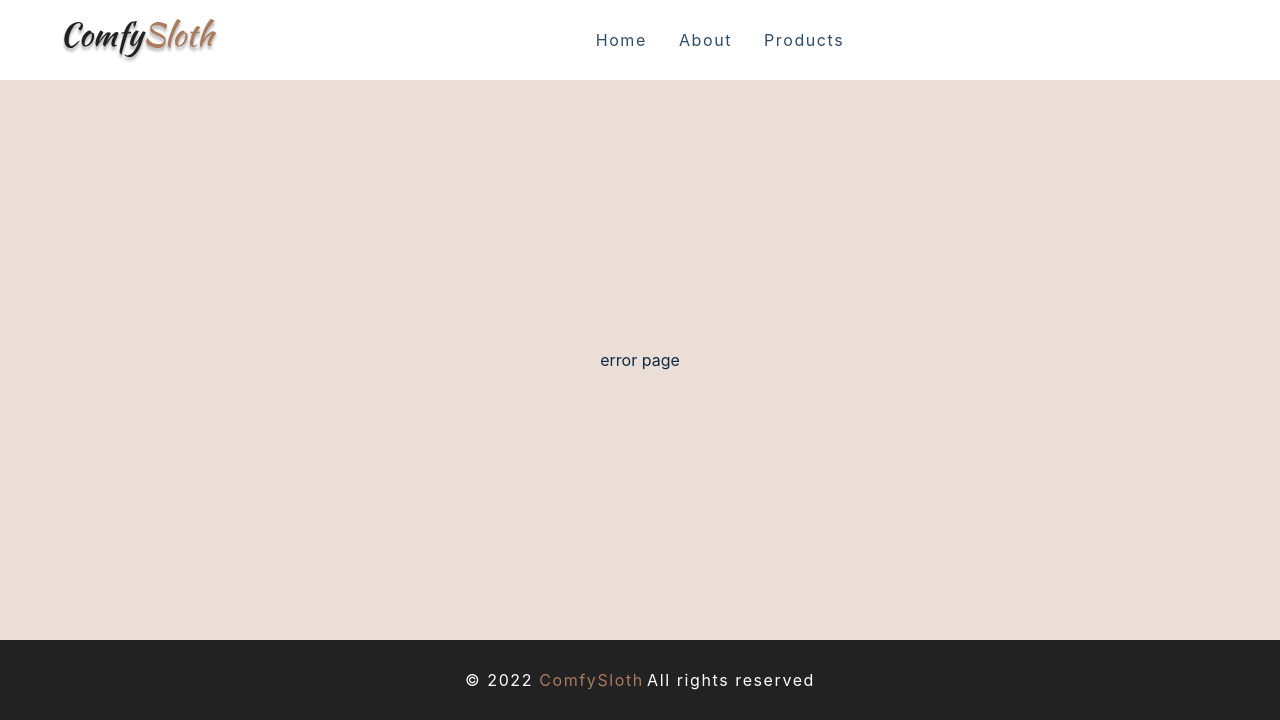
Repository: MateuszWorek/react-comfy-store
Page: /cart
The author's editor kept a copy of each file at every save. The page is drawn from the files as they stood at one save, then again after the next save.
The browser window is 1280 px wide. The pictures show the whole page.
The project was rebuilt for these pictures with package versions that can differ from the ones it lists, and the page was loaded fresh each time. A package was used in the major version that the imports need, not the one package.json lists. Also part of the build but not shown: src/utils/constants.js, src/components/Error.js, src/components/Loading.js, src/utils/helpers.js, src/components/Product.js, src/components/FeaturedProducts.js, src/reducers/cart_reducer.js, src/context/cart_context.js and 27 more. Imported but missing from the stored project, and not drawn on this page: src/components/AmountButtons.

Above is the page before, as saved 2022-07-12 21:34:20.

### src/index.js
import React from 'react';
import ReactDOM from 'react-dom';
import './index.css';
import App from './App';
import { ProductsProvider } from './context/products_context';
import { FilterProvider } from './context/filter_context';
import { CartProvider } from './context/cart_context';
import { UserProvider } from './context/user_context';
import { Auth0Provider } from '@auth0/auth0-react';

ReactDOM.render(
  <ProductsProvider>
    <App />
  </ProductsProvider>,
  document.getElementById('root')
);

### src/App.js
import React from 'react';
import { BrowserRouter as Router, Switch, Route } from 'react-router-dom';
import { Navbar, Sidebar, Footer } from './components';
import {
  Home,
  SingleProduct,
  Cart,
  Checkout,
  Error,
  About,
  Products,
  PrivateRoute,
} from './pages';

function App() {
  return (
    <Router>
      <Navbar />
      <Sidebar />
      <Switch>
        <Route exact path='/'>
          <Home />
        </Route>
        <Route exact path='/about'>
          <About />
        </Route>
        <Route exact path='cart'>
          <Cart />
        </Route>
        <Route exact path='/products'>
          <Products />
        </Route>
        <Route exact path='/products/:id' children={<SingleProduct />} />
        <Route exact path='/checkout'>
          <Checkout />
        </Route>
        <Route exact path='*'>
          <Error />
        </Route>
      </Switch>
      <Footer />
    </Router>
  );
}

export default App;

### src/context/products_context.js
import axios from 'axios';
import React, { useContext, useEffect, useReducer } from 'react';
import reducer from '../reducers/products_reducer';
import { products_url as url } from '../utils/constants';
import {
  SIDEBAR_OPEN,
  SIDEBAR_CLOSE,
  GET_PRODUCTS_BEGIN,
  GET_PRODUCTS_SUCCESS,
  GET_PRODUCTS_ERROR,
  GET_SINGLE_PRODUCT_BEGIN,
  GET_SINGLE_PRODUCT_SUCCESS,
  GET_SINGLE_PRODUCT_ERROR,
} from '../actions';

const initialState = {
  isSidebarOpen: false,
};

const ProductsContext = React.createContext();

export const ProductsProvider = ({ children }) => {
  const [state, dispatch] = useReducer(reducer, initialState);
  const openSidebar = () => {
    // dispatch({ type: 'SIDEBAR_OPEN' });
    dispatch({ type: SIDEBAR_OPEN });
  };
  const closeSidebar = () => {
    // dispatch({ type: 'SIDEBAR_CLOSE' });
    dispatch({ type: SIDEBAR_CLOSE });
  };

  // useEffect(() => {
  //   openSidebar();
  // }, []);

  return (
    // <ProductsContext.Provider value='products context'>
    //   {children}
    // </ProductsContext.Provider>
    <ProductsContext.Provider value={{ ...state, openSidebar, closeSidebar }}>
      {children}
    </ProductsContext.Provider>
  );
};
// make sure use
export const useProductsContext = () => {
  return useContext(ProductsContext);
};

### src/components/index.js
import FeaturedProducts from './FeaturedProducts'
import Navbar from './Navbar'
import CartButtons from './CartButtons'
import Footer from './Footer'
import Sidebar from './Sidebar'
import Hero from './Hero'
import Services from './Services'
import Contact from './Contact'
import Loading from './Loading'
import Error from './Error'
import ProductImages from './ProductImages'
import AddToCart from './AddToCart'
import Filters from './Filters'
import ProductList from './ProductList'
import Sort from './Sort'
import Stars from './Stars'
import CartContent from './CarContent'
import PageHero from './PageHero'
import StripeCheckout from './StripeCheckout'
export {
  FeaturedProducts,
  Navbar,
  CartButtons,
  Footer,
  Sidebar,
  Hero,
  Services,
  Contact,
  Loading,
  Error,
  ProductImages,
  AddToCart,
  Filters,
  ProductList,
  Sort,
  Stars,
  CartContent,
  PageHero,
  StripeCheckout,
}

### src/pages/index.js
import Home from './HomePage';
import Products from './ProductsPage';
import SingleProduct from './SingleProductPage';
import About from './AboutPage';
import Cart from './CartPage';
import Error from './ErrorPage';
import Checkout from './CheckoutPage';
import PrivateRoute from './PrivateRoute';

export {
  Home,
  Products,
  SingleProduct,
  About,
  Cart,
  Error,
  Checkout,
  PrivateRoute,
};

### src/reducers/products_reducer.js
import {
  SIDEBAR_OPEN,
  SIDEBAR_CLOSE,
  GET_PRODUCTS_BEGIN,
  GET_PRODUCTS_SUCCESS,
  GET_PRODUCTS_ERROR,
  GET_SINGLE_PRODUCT_BEGIN,
  GET_SINGLE_PRODUCT_SUCCESS,
  GET_SINGLE_PRODUCT_ERROR,
} from '../actions';

const products_reducer = (state, action) => {
  if (action.type === SIDEBAR_OPEN) {
    // console.log(state);
    return { ...state, isSidebarOpen: true };
  }
  if (action.type === SIDEBAR_CLOSE) {
    // console.log(state);
    return { ...state, isSidebarOpen: false };
  }
  return state;
  throw new Error(`No Matching "${action.type}" - action type`);
};

export default products_reducer;

### src/actions.js
export const SIDEBAR_OPEN = 'SIDEBAR_OPEN'
export const SIDEBAR_CLOSE = 'SIDEBAR_CLOSE'
export const GET_PRODUCTS_BEGIN = 'GET_PRODUCTS_BEGIN'
export const GET_PRODUCTS_SUCCESS = 'GET_PRODUCTS_SUCCESS'
export const GET_PRODUCTS_ERROR = 'GET_PRODUCTS_ERROR'
export const GET_SINGLE_PRODUCT_BEGIN = 'GET_SINGLE_PRODUCT_BEGIN'
export const GET_SINGLE_PRODUCT_SUCCESS = 'GET_SINGLE_PRODUCT_SUCCESS'
export const GET_SINGLE_PRODUCT_ERROR = 'GET_SINGLE_PRODUCT_ERROR'
export const LOAD_PRODUCTS = 'LOAD_PRODUCTS'
export const SET_GRIDVIEW = 'SET_GRIDVIEW'
export const SET_LISTVIEW = 'SET_LISTVIEW'
export const UPDATE_SORT = 'UPDATE_SORT'
export const SORT_PRODUCTS = 'SORT_PRODUCTS'
export const UPDATE_FILTERS = 'UPDATE_FILTERS'
export const FILTER_PRODUCTS = 'FILTER_PRODUCTS'
export const CLEAR_FILTERS = 'CLEAR_FILTERS'
export const ADD_TO_CART = 'ADD_TO_CART'
export const REMOVE_CART_ITEM = 'REMOVE_CART_ITEM'
export const TOGGLE_CART_ITEM_AMOUNT = 'TOGGLE_CART_ITEM_AMOUNT'
export const CLEAR_CART = 'CLEAR_CART'
export const COUNT_CART_TOTALS = 'COUNT_CART_TOTALS'

### src/components/Navbar.js
import React from 'react';
import styled from 'styled-components';
import logo from '../assets/logo.svg';
import { FaBars } from 'react-icons/fa';
import { Link } from 'react-router-dom';
import { links } from '../utils/constants';
import CartButtons from './CartButtons';
import { useProductsContext } from '../context/products_context';
import { useUserContext } from '../context/user_context';

const Nav = () => {
  const { openSidebar } = useProductsContext();
  return (
    <NavContainer>
      <div className='nav-center'>
        <div className='nav-header'>
          <Link to='/'>
            <img src={logo} alt='comfy sloth' />
          </Link>
          <button type='buttton' className='nav-toggle' onClick={openSidebar}>
            <FaBars />
          </button>
        </div>
        <ul className='nav-links'>
          {links.map((link) => {
            const { id, text, url } = link;
            return (
              <li key={id}>
                <Link to={url}>{text}</Link>
              </li>
            );
          })}
        </ul>
      </div>
    </NavContainer>
  );
};

const NavContainer = styled.nav`
  height: 5rem;
  display: flex;
  align-items: center;
  justify-content: center;

  .nav-center {
    width: 90vw;
    margin: 0 auto;
    max-width: var(--max-width);
  }
  .nav-header {
    display: flex;
    align-items: center;
    justify-content: space-between;
    img {
      width: 175px;
      margin-left: -15px;
    }
  }
  .nav-toggle {
    background: transparent;
    border: transparent;
    color: var(--clr-primary-5);
    cursor: pointer;
    svg {
      font-size: 2rem;
    }
  }
  .nav-links {
    display: none;
  }
  .cart-btn-wrapper {
    display: none;
  }
  @media (min-width: 992px) {
    .nav-toggle {
      display: none;
    }
    .nav-center {
      display: grid;
      grid-template-columns: auto 1fr auto;
      align-items: center;
    }
    .nav-links {
      display: flex;
      justify-content: center;
      li {
        margin: 0 0.5rem;
      }
      a {
        color: var(--clr-grey-3);
        font-size: 1rem;
        text-transform: capitalize;
        letter-spacing: var(--spacing);
        padding: 0.5rem;
        &:hover {
          border-bottom: 2px solid var(--clr-primary-7);
        }
      }
    }
    .cart-btn-wrapper {
      display: grid;
    }
  }
`;

export default Nav;

### src/components/CartButtons.js
import React from 'react';
import { FaShoppingCart, FaUserMinus, FaUserPlus } from 'react-icons/fa';
import { Link } from 'react-router-dom';
import styled from 'styled-components';
import { useProductsContext } from '../context/products_context';
import { useCartContext } from '../context/cart_context';
import { useUserContext } from '../context/user_context';

const CartButtons = () => {
  const { closeSidebar } = useProductsContext();

  return (
    <Wrapper className='cart-btn-wrapper'>
      <Link to='/cart' className='cart-btn' onClick={closeSidebar}>
        Cart{' '}
        <span className='cart-container'>
          <FaShoppingCart />
          <span className='cart-value'>12</span>
        </span>
      </Link>
      <button type='button' className='auth-btn'>
        Login <FaUserPlus />
      </button>
    </Wrapper>
  );
};

const Wrapper = styled.div`
  display: grid;
  grid-template-columns: 1fr 1fr;
  align-items: center;
  width: 225px;

  .cart-btn {
    color: var(--clr-grey-1);
    font-size: 1.5rem;
    letter-spacing: var(--spacing);
    color: var(--clr-grey-1);
    display: flex;

    align-items: center;
  }
  .cart-container {
    display: flex;
    align-items: center;
    position: relative;
    svg {
      height: 1.6rem;
      margin-left: 5px;
    }
  }
  .cart-value {
    position: absolute;
    top: -10px;
    right: -16px;
    background: var(--clr-primary-5);
    width: 16px;
    height: 16px;
    display: flex;
    align-items: center;
    justify-content: center;
    border-radius: 50%;
    font-size: 0.75rem;
    color: var(--clr-white);
    padding: 12px;
  }
  .auth-btn {
    display: flex;
    align-items: center;
    background: transparent;
    border-color: transparent;
    font-size: 1.5rem;
    cursor: pointer;
    color: var(--clr-grey-1);
    letter-spacing: var(--spacing);
    svg {
      margin-left: 5px;
    }
  }
`;
export default CartButtons;

### src/components/Footer.js
import React from 'react';
import styled from 'styled-components';
const Footer = () => {
  return (
    <Wrapper>
      <h5>
        &copy; {new Date().getFullYear()}
        <span> ComfySloth</span>
      </h5>
      <h5>All rights reserved</h5>
    </Wrapper>
  );
};

const Wrapper = styled.footer`
  height: 5rem;
  display: flex;
  flex-direction: column;
  justify-content: center;
  align-items: center;
  background: var(--clr-black);
  text-align: center;
  span {
    color: var(--clr-primary-5);
  }
  h5 {
    color: var(--clr-white);
    margin: 0.1rem;

    font-weight: 400;
    text-transform: none;
    line-height: 1.25;
  }
  @media (min-width: 776px) {
    flex-direction: row;
  }
`;

export default Footer;

### src/components/Sidebar.js
import React from 'react';
import logo from '../assets/logo.svg';
import { Link } from 'react-router-dom';
import { useProductsContext } from '../context/products_context';
import { FaTimes } from 'react-icons/fa';
import { links } from '../utils/constants';
import styled from 'styled-components';
import CartButtons from './CartButtons';
import { useUserContext } from '../context/user_context';

const Sidebar = () => {
  const { isSidebarOpen, closeSidebar } = useProductsContext();

  return (
    <SidebarContainer>
      <aside
        className={`${isSidebarOpen ? 'sidebar show-sidebar' : 'sidebar'}`}
      >
        <div className='sidebar-header'>
          <img src={logo} className='logo' alt='comfy sloth' />
          <button type='button' className='close-btn' onClick={closeSidebar}>
            <FaTimes />
          </button>
        </div>
        <ul className='links'>
          {links.map(({ id, text, url }) => {
            return (
              <li key={id}>
                <Link to={url} onClick={closeSidebar}>
                  {text}
                </Link>
              </li>
            );
          })}
          <li>
            <Link to='checkout' onClick={closeSidebar}>
              checkout
            </Link>
          </li>
        </ul>
        <CartButtons />
      </aside>
    </SidebarContainer>
  );
};

const SidebarContainer = styled.div`
  text-align: center;
  .sidebar-header {
    display: flex;
    justify-content: space-between;
    align-items: center;
    padding: 1rem 1.5rem;
  }
  .close-btn {
    font-size: 2rem;
    background: transparent;
    border-color: transparent;
    color: var(--clr-primary-5);
    transition: var(--transition);
    cursor: pointer;
    color: var(--clr-red-dark);
    margin-top: 0.2rem;
  }
  .close-btn:hover {
    color: var(--clr-red-light);
  }
  .logo {
    justify-self: center;
    height: 45px;
  }
  .links {
    margin-bottom: 2rem;
  }
  .links a {
    display: block;
    text-align: left;
    font-size: 1rem;
    text-transform: capitalize;
    padding: 1rem 1.5rem;
    color: var(--clr-grey-3);
    transition: var(--transition);
    letter-spacing: var(--spacing);
  }

  .links a:hover {
    padding: 1rem 1.5rem;
    padding-left: 2rem;
    background: var(--clr-grey-10);
    color: var(--clr-grey-2);
  }

  .sidebar {
    position: fixed;
    top: 0;
    left: 0;
    width: 100%;
    height: 100%;
    background: var(--clr-white);
    transition: var(--transition);
    transform: translate(-100%);
    z-index: -1;
  }
  .show-sidebar {
    transform: translate(0);
    z-index: 999;
  }
  .cart-btn-wrapper {
    margin: 2rem auto;
  }
  @media screen and (min-width: 992px) {
    .sidebar {
      display: none;
    }
  }
`;

export default Sidebar;

### src/pages/ErrorPage.js
import React from 'react';
import styled from 'styled-components';
import { Link } from 'react-router-dom';
const ErrorPage = () => {
  return <Wrapper className='page-100'>error page</Wrapper>;
};

const Wrapper = styled.main`
  background: var(--clr-primary-10);
  display: flex;
  justify-content: center;
  align-items: center;
  text-align: center;
  h1 {
    font-size: 10rem;
  }
  h3 {
    text-transform: none;
    margin-bottom: 2rem;
  }
`;

export default ErrorPage;

Loaded but not shown: public/index.html (common file); src/index.css (common file)

After the next save:
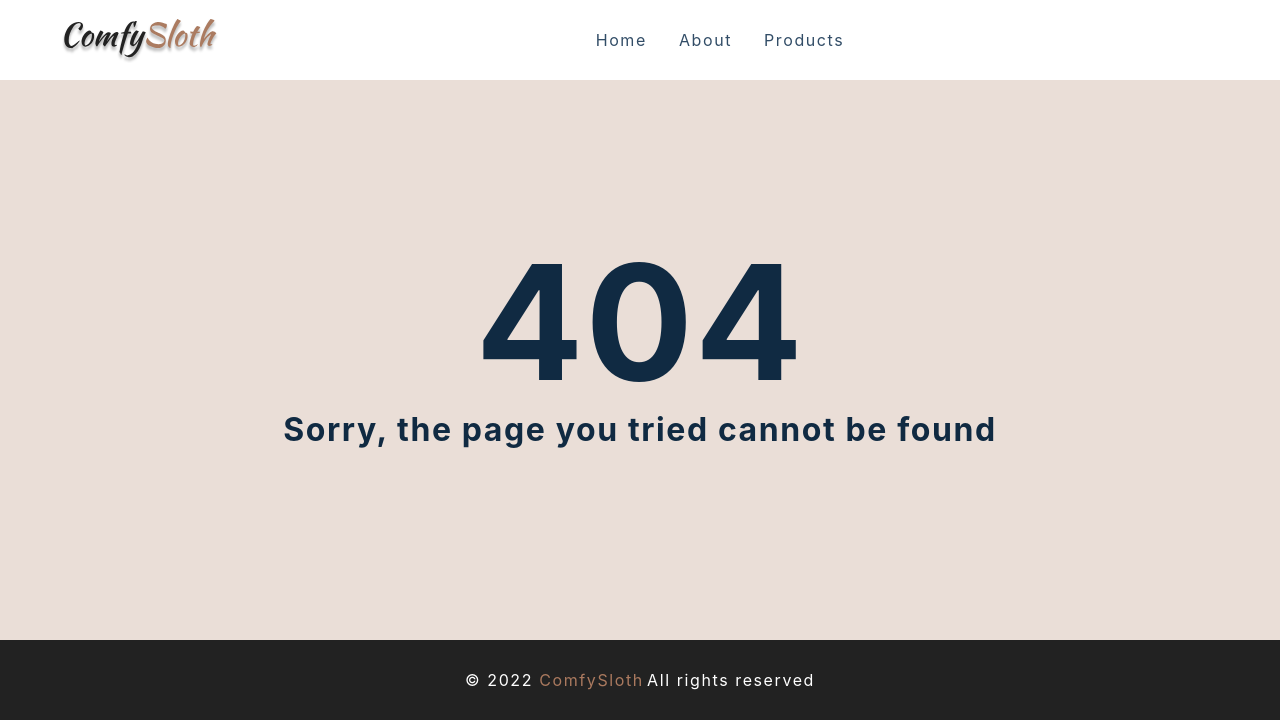
Saved 82 s later.
--- a/src/pages/ErrorPage.js
+++ b/src/pages/ErrorPage.js
@@ -2,7 +2,14 @@ import React from 'react';
 import styled from 'styled-components';
 import { Link } from 'react-router-dom';
 const ErrorPage = () => {
-  return <Wrapper className='page-100'>error page</Wrapper>;
+  return (
+    <Wrapper className='page-100'>
+      <section>
+        <h1>404</h1>
+        <h3>Sorry, the page you tried cannot be found</h3>
+      </section>
+    </Wrapper>
+  );
 };
 
 const Wrapper = styled.main`
